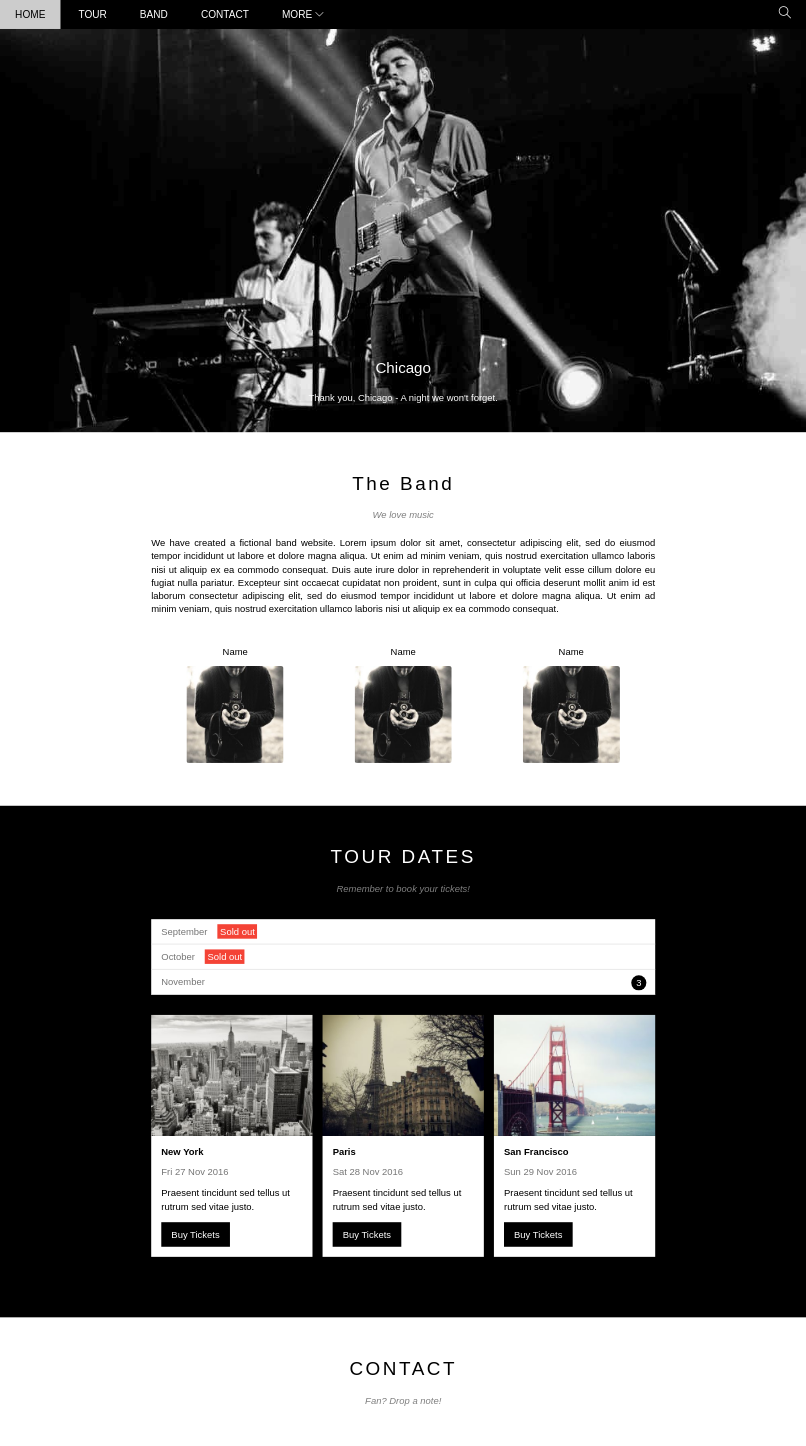
Repository: ducvui2003/LTCB
Page: index.html
An editor plug-in stored every save of this project. The page is shown before and after the next save, followed by the edit.
The browser window is 1280 px wide. The pictures show the whole page, at 63% of full size.

Above is the page before, as saved 2022-01-10 10:41:09.

### index.html
<!DOCTYPE html>
<html lang="en">

<head>
    <meta charset="UTF-8">
    <meta http-equiv="X-UA-Compatible" content="IE=edge">
    <meta name="viewport" content="width=device-width, initial-scale=1.0">
    <title>The Band W3_School</title>
    <link rel="stylesheet" href="./assest/Css/styles.css">
    <link rel="stylesheet" href="./assest/Fonts/themify-icons-font (1)/themify-icons/themify-icons.css">
</head>

<body>
    <div id="main">
        <!-- Begin: Header -->
        <div id="header">
            <!-- Begin: Nav -->
            <ul id="nav">
                <li>
                    <a href="">Home</a>
                </li>
                <li>
                    <a href="">Tour</a>
                </li>
                <li>
                    <a href="">Band</a>
                </li>
                <li>
                    <a href="">Contact</a>
                </li>
                <li>
                    <a href="">
                        More
                        <!-- icons -->
                        <i class="nav-arrow-down ti-angle-down"></i>
                    </a>
                    <ul class="subnav">
                        <li>
                            <a href="">Merchandise</a>
                        </li>
                        <li>
                            <a href="">Extras</a>
                        </li>
                        <li>
                            <a href="">Media</a>
                        </li>
                    </ul>
                </li>
            </ul>
            <!-- End: Nav -->
            <!-- Begin: Search button -->
            <div class="search-button">
                <i class="search-icon ti-search"></i>
            </div>
            <!-- End: Search button -->
        </div>
        <!-- End: Header -->

        <!-- Begin: Slides -->
        <div id="slides">
            <div class="text-content">
                <h2 class="text-heading">Chicago</h2>
                <div class="text-paragraph">Thank you, Chicago - A night we won't forget.
                </div>
            </div>
        </div>
        <!-- End: Slides -->

        <!-- Begin: Content -->
        <div id="content">

            <!-- About section -->
            <div class="content-section">
                <h1 class="section-heading">The Band</h1>
                <p class="section-sub-heading">We love music

                </p>
                <p class="content-text">We have created a fictional band website. Lorem ipsum dolor sit amet, consectetur adipiscing elit, sed do eiusmod tempor incididunt ut labore et dolore magna aliqua. Ut enim ad minim veniam, quis nostrud exercitation ullamco laboris nisi
                    ut aliquip ex ea commodo consequat. Duis aute irure dolor in reprehenderit in voluptate velit esse cillum dolore eu fugiat nulla pariatur. Excepteur sint occaecat cupidatat non proident, sunt in culpa qui officia deserunt mollit anim
                    id est laborum consectetur adipiscing elit, sed do eiusmod tempor incididunt ut labore et dolore magna aliqua. Ut enim ad minim veniam, quis nostrud exercitation ullamco laboris nisi ut aliquip ex ea commodo consequat.</p>

                <!-- Team section -->
                <div class="member-list">
                    <div class="member-item">
                        <p class="member-name">Name</p>
                        <img src="./assest/Img/Teams/membersAvatar.jpg" alt="Name" class="member-avatar">
                    </div>

                    <div class="member-item">
                        <p class="member-name">Name</p>
                        <img src="./assest/Img/Teams/membersAvatar.jpg" alt="Name" class="member-avatar">
                    </div>

                    <div class="member-item">
                        <p class="member-name">Name</p>
                        <img src="./assest/Img/Teams/membersAvatar.jpg" alt="Name" class="member-avatar">
                    </div>
                    <div class="clear"></div>
                </div>
            </div>

            <!-- Tour section -->
            <div class="tour-section">
                <div class="content-section">
                    <h1 class=" text-white section-heading">TOUR DATES</h1>
                    <p class="text-white section-sub-heading">Remember to book your tickets!</p>

                    <!-- Ticket-list -->
                    <ul class="ticket-list">
                        <li>September<span class="sold-out">Sold out</span></li>
                        <li>October<span class="sold-out">Sold out</span></li>
                        <li>November <span class="quantity">3</span></li>
                    </ul>

                    <!-- Places -->
                    <div class="place-list">
                        <!-- Place 1 -->
                        <div class="place-ticket">
                            <img src="./assest/Img/Places/place1.jpg" alt="New York" class="place-img">
                            <div class="place-body">
                                <h3 class="place-heading">New York</h3>
                                <p class="place-time">Fri 27 Nov 2016</p>
                                <p class="place-desc">Praesent tincidunt sed tellus ut rutrum sed vitae justo.</p>
                                <a href="#" class="buy-ticket">Buy Tickets</a>
                            </div>
                        </div>
                        <!-- Place 2 -->
                        <div class="place-ticket">
                            <img src="./assest/Img/Places/place2.jpg" alt="Paris" class="place-img">
                            <div class="place-body">
                                <h3 class="place-heading">Paris</h3>
                                <p class="place-time">Sat 28 Nov 2016</p>
                                <p class="place-desc">Praesent tincidunt sed tellus ut rutrum sed vitae justo.</p>
                                <a href="#" class="buy-ticket">Buy Tickets</a>
                            </div>
                        </div>
                        <!-- Place 3 -->
                        <div class="place-ticket">
                            <img src="./assest/Img/Places/place3.jpg" alt="San Francisco" class="place-img">
                            <div class="place-body">
                                <h3 class="place-heading">San Francisco</h3>
                                <p class="place-time">Sun 29 Nov 2016</p>
                                <p class="place-desc">Praesent tincidunt sed tellus ut rutrum sed vitae justo.</p>
                                <a href="#" class="buy-ticket">Buy Tickets</a>
                            </div>
                        </div>
                        <div class="clear"></div>
                    </div>
                </div>
            </div>

            <!-- Contact section -->
            <div class="content-section">
                <h1 class="section-heading">CONTACT</h1>
                <p class="section-sub-heading">Fan? Drop a note! </p>

            </div>

            <!-- End: Content -->
        </div>
        <div id="footer"></div>
</body>

</html>

### assest/Css/styles.css
* {
    padding: 0;
    margin: 0;
    box-sizing: border-box;
}

html {
    font-family: Arial, Helvetica, sans-serif;
}

.clear {
    clear: both;
}


/* Dung cho chu mau trang */

.text-white {
    color: white !important;
}

#main {}

#header {
    position: fixed;
    top: 0;
    right: 0;
    left: 0;
    /* fixed đang nổi lên nó sẽ nhường vị trí cho div slides tiếp theo */
    height: 46px;
    background-color: black;
    z-index: 1;
    /* dùng để thêm vào thẻ fixed nhằm đẩy block lên trên các block khác theo chiều cao, giá trị là 0, 1,... */
}

#nav {
    display: inline-block;
    /* display để thẻ nav chỉ dài đúng nội dung của nó thôi */
}

#nav,
.subnav {
    list-style: none;
}

#nav>li {
    display: inline-block;
}

#nav li {
    position: relative;
}

#nav>li>a {
    color: white;
    text-transform: uppercase;
    /* chinh chu thuong thanh hoa */
}

#nav li a {
    text-decoration: none;
    line-height: 46px;
    padding: 0 24px;
    display: block;
}

#nav li:hover .subnav {
    display: block;
}

#nav>li:hover>a,
#nav .subnav li:hover a {
    background-color: #ccc;
    color: black;
}

#nav li:hover a {
    /* line-height: 46px; */
}

#nav .subnav {
    display: none;
    position: absolute;
    top: 46px;
    background-color: #fff;
    box-shadow: 0 0 10px rgba(0, 0, 0, 0.3);
}

#nav .subnav li a {
    color: black;
    padding: 0 16px;
    line-height: 38px;
    width: 160px;
}

#nav .nav-arrow-down {
    font-size: 14px;
}

#header .search-button {
    float: right;
    /* thẻ search-button là thẻ div, có tính kế thừa chiều ngang, nên khi float vào sẽ vô hiệu hoá tính kế thừa chiều ngang đó */
    line-height: 46px;
    padding: 0 24px;
}

#header .search-button:hover {
    background-color: #f44336;
    cursor: pointer;
    /* Dùng để thay đổi con trỏ chuột khi di vào */
}

#header .search-icon {
    color: white;
    font-size: 20px;
}

#slides {
    /* min-height: 1000px; */
    /* background-color: pink; */
    margin-top: 46px;
    padding-top: 50%;
    /* 50% chieu ngang cua chinh the do */
    background: url('/assest/Img/Slides/ChicagoPicture.jpg') top center / cover no-repeat;
    /* shorthand */
    position: relative;
}

#slides .text-content {
    position: absolute;
    bottom: 46px;
    left: 50%;
    /* Cách lề trái 50% chiều ngang */
    transform: translateX(-50%);
    /* Dùng để lùi thẻ theo trục X 50% chiều dài -> Mục đích kết hợp vs transform để căn giữa block */
    color: white;
    text-align: center;
    /* Dùng để căn giữa content, ko dùng để căn block */
    /* cách 2: Thêm width: 100% */
    /* /* cách 3 left: 0 right: 0; */
}

#slides .text-heading {
    font-weight: 500;
    /* dùng để điều chỉnh lại độ dày của chữ, giá trị từ 100-1000  */
    font-size: 24px;
    margin-bottom: 25px;
}

#slides .text-paragraph {
    font-size: 15px;
}

#content {}

#content .content-section {
    width: 800px;
    padding: 64px 0;
    margin-left: auto;
    margin-right: auto;
}

#content .section-heading {
    font-size: 30px;
    font-weight: 500;
    text-align: center;
    letter-spacing: 4px;
}

#content .section-sub-heading {
    font-size: 15px;
    text-align: center;
    margin-top: 25px;
    font-style: italic;
    opacity: 0.5;
}

#content .content-text {
    font-size: 15px;
    margin-top: 25px;
    text-align: justify;
    /* Can deu van ban */
    line-height: 1.4;
    /* Khoang cach giua 2 hang chu */
}

#content .member-list {
    margin-top: 48px;
    /* overflow: hidden; */
}

#content .member-item {
    float: left;
    width: calc(100% /3);
    text-align: center;
    /* Can hinh voi chu */
}

#content .member-name {
    font-size: 15px;
}

#content .member-avatar {
    margin-top: 15px;
    width: 154px;
    /* Dung the <img> thì chỉ cần đặt 1 chiều */
    border-radius: 4px;
    /* Dùng để tạo bo góc của ảnh */
}


/* Tour-section */

#content .tour-section {
    background-color: black;
}


/* Ticket-list */

.ticket-list {
    background-color: white;
    margin-top: 40px;
}

.ticket-list li {
    font-size: 15px;
    padding: 11px 16px;
    border-bottom: 1px solid #ddd;
    color: #757575;
    list-style: none;
}

.ticket-list .sold-out {
    color: white;
    background-color: #f44336;
    margin-left: 16px;
    padding: 3px 4px;
}

.ticket-list .quantity {
    float: right;
    width: 24px;
    height: 24px;
    border-radius: 50%;
    /* Tao bop goc deu de co hinh tron */
    text-align: center;
    line-height: 24px;
    background-color: black;
    color: white;
    margin: -2px;
    /* Có thẻ float nên có thuộc tính block -> xét đc width, height, dùng đc margin (-) */
}


/* Plac-list */

.place-list {
    margin: 32px -8px 0px -8px;
    padding-bottom: 32px;
}

.place-ticket {
    float: left;
    width: calc(100% / 3);
    padding: 0 8px;
}

.place-img {
    width: 100%;
    display: block;
}

.place-img:hover {
    opacity: 0.6;
}

.place-body {
    background-color: white;
    padding: 16px;
    font-size: 15px;
    /* font-size có tính kế thừa */
}

.place-heading {
    font-size: 15px;
    font-weight: 600;
}

.place-time {
    margin-top: 15px;
    color: #757575;
}

.place-desc {
    margin-top: 15px;
    line-height: 1.4;
}

.buy-ticket {
    color: white;
    background-color: black;
    text-decoration: none;
    display: inline-block;
    padding: 11px 16px;
    margin-top: 15px;
}

.buy-ticket:hover {
    color: black;
    background-color: #ccc;
}

#footer {}

Loaded but not shown: assest/Fonts/themify-icons-font (1)/themify-icons/themify-icons.css (common file)

After the next save:
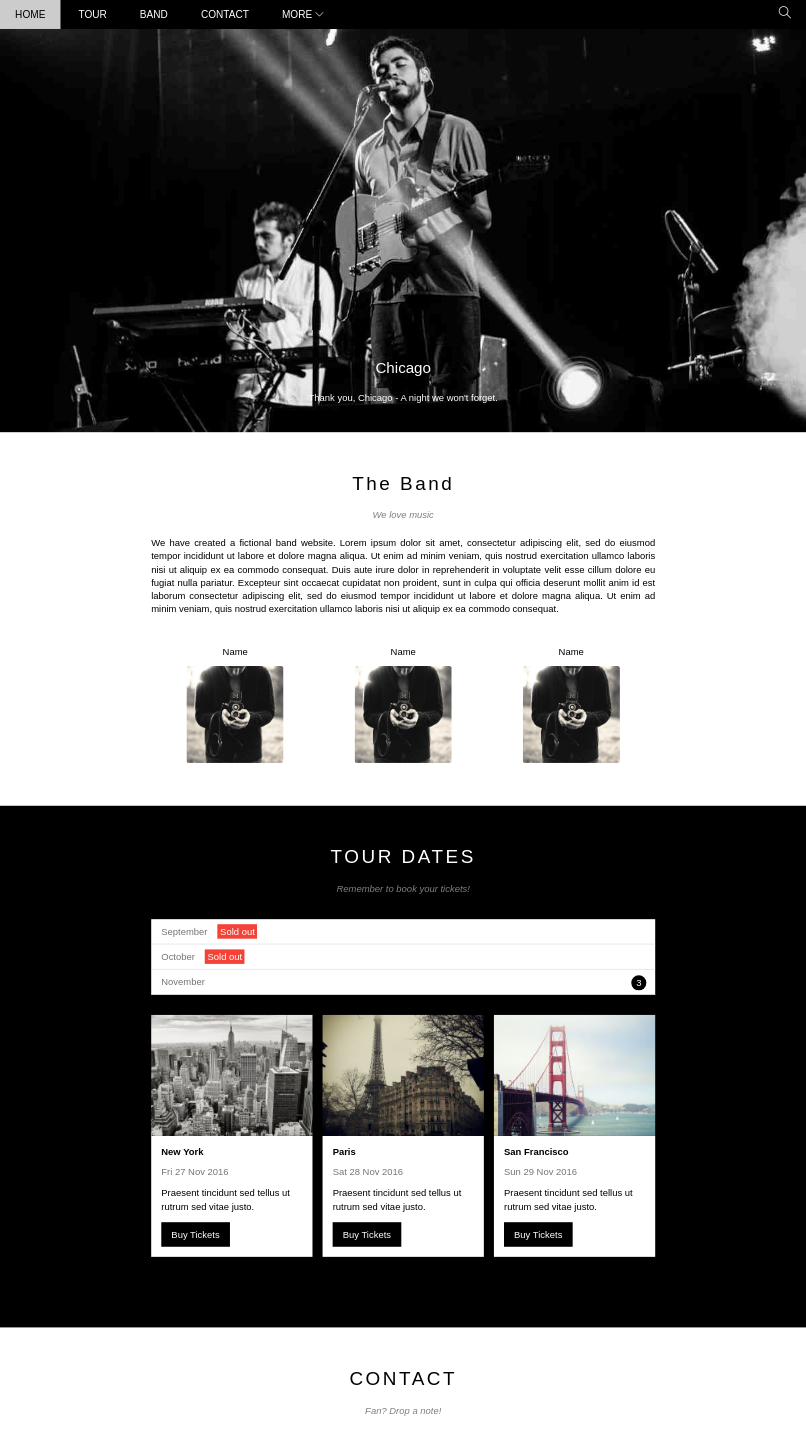
Saved 23 s later.
--- a/assest/Css/styles.css
+++ b/assest/Css/styles.css
@@ -257,7 +257,7 @@
 
 .place-list {
     margin: 32px -8px 0px -8px;
-    padding-bottom: 32px;
+    padding-bottom: 48px;
 }
 
 .place-ticket {
